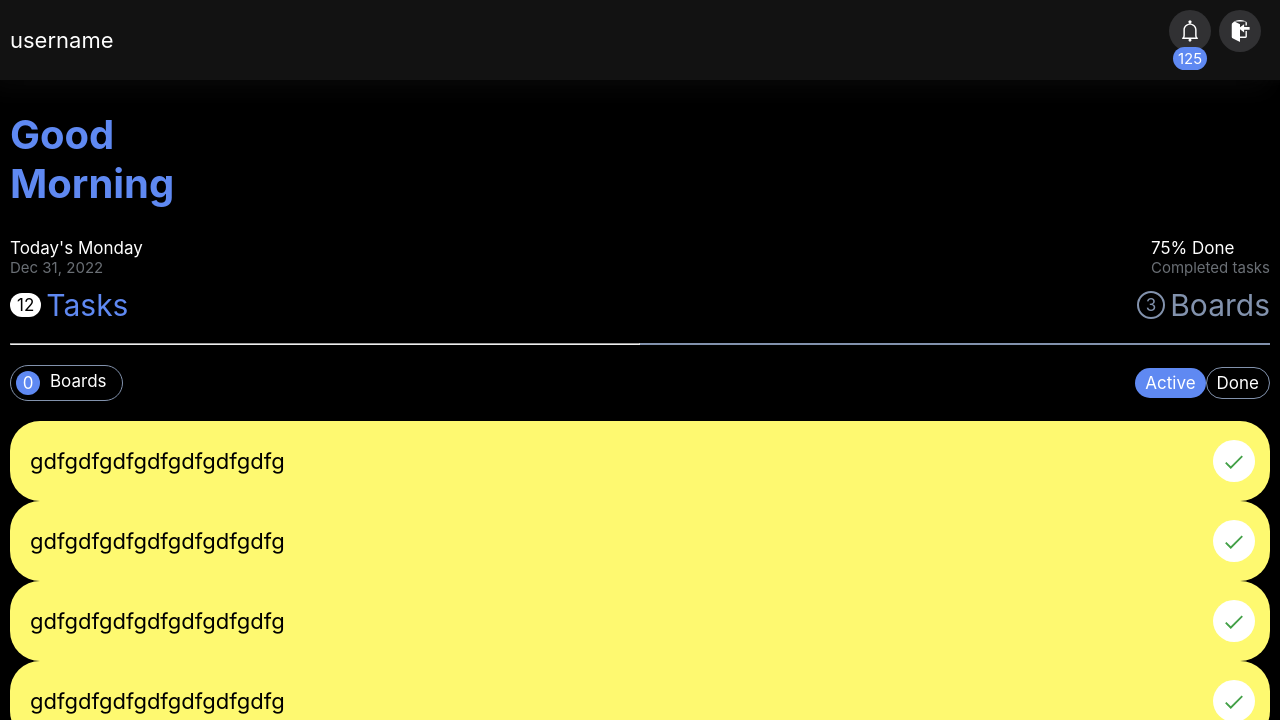
Repository: ShindanoSingi/todo-app
Page: /
The author's editor kept a copy of each file at every save. The page is drawn from the files as they stood at one save, then again after the next save.
The browser window is 1280 px wide. The pictures show the whole page.
The project was rebuilt for these pictures with package versions that can differ from the ones it lists, and the page was loaded fresh each time. Also part of the build but not shown: src/pages/LandingPage.js.

Above is the page before, as saved 2023-01-01 19:14:39.

### src/index.css
* {
  font-size: 22px;
  margin: 0;
  padding: 0;
}

body {
  margin: 0;
  padding: 0;
  font-family: -apple-system, BlinkMacSystemFont, 'Segoe UI', 'Roboto', 'Oxygen',
    'Ubuntu', 'Cantarell', 'Fira Sans', 'Droid Sans', 'Helvetica Neue',
    sans-serif;
  -webkit-font-smoothing: antialiased;
  -moz-osx-font-smoothing: grayscale;
}

code {
  font-family: source-code-pro, Menlo, Monaco, Consolas, 'Courier New',
    monospace;
}

.signin-icon-signin-text-container {
  display: flex;
  align-items: center;
  flex-direction: column;
}

.bell-icon-bell-num-container {
  display: flex;
  flex-direction: column;
  align-items: center;
  margin-left: 20px;
}

.signin-text {
  display: none;
}

.bell-num,
.signin-text {
  font-size: 15px;
}

.bell-num {
  text-align: center;
  color: #fff;
  padding: 2px 5px;
  background-color: #5f89f2;
  border-radius: 50px;
  margin-top: -5px;
}

.bell-icon,
.signin-icon {
  color: white;
  padding: 10px;
  border-radius: 50px;
  background-color: #313133;
}

div.signin-icon-signin-text-container:hover p.signin-text {
  display: block;
}

.bell-icon-signin-container {
  display: grid;
  grid-template-columns: 60px 60px;
}

.username,
.signin-text {
  color: #fff;
}

.nav-bar {
  display: flex;
  align-items: center;
  justify-content: space-between;
  padding: 10px;
  background: #121212;
  box-shadow: -11px 11px 22px #070707, 11px -11px 22px #1d1d1d;
}

h1 {
  position: absolute;
  top: 10%;
  z-index: 1;
}

h2 {
  font-size: 40px;
  color: #5f89f2;
}

.salutation-container {
  margin-top: 30px;
  padding-left: 10px;
}

.day,
.percent,
.small-boards,
.done,
.active {
  font-size: 17px;
  color: #ffffff;
}

.date,
.completed {
  font-size: 15px;
  color: #6a6f75;
}

.day-to-percent-container {
  display: flex;
  justify-content: space-between;
  padding: 10px;
  margin-top: 20px;
}

.tasks-num {
  text-align: center;
  font-size: 17px;
  background: #ffff;
  padding: 2px 7px;
  border-radius: 50px;
  height: 20px;
}

.tasks {
  font-size: 30px;
  font-weight: light;
  color: #5f89f2;
}

.boards-num {
  font-size: 17px;
  color: #8292ad;
  border: 2px solid #8292ad;
  padding: 2px 7px;
  border-radius: 50px;
  height: 20px;
}

.big-boards {
  font-size: 30px;
  font-weight: light;
  color: #8292ad;
}

.tasks-num-tasks-container,
.boards-num-boards-container {
  display: flex;
  align-items: center;
  gap: 5px;
}

.line-tasks {
  width: 50%;
}

.line-boards {
  width: 50%;
  border: 1px solid #8292ad;
}

.line-tasks-ine-boards-container {
  display: flex;
  justify-content: space-between;
  /* margin-top: 10px; */
  padding: 0 10px;
}

.tasks-to-boards-container {
  display: flex;
  justify-content: space-between;
  padding: 0 10px;
}

.num-boards {
  font-size: 17px;
  text-align: center;
  color: #fff;
  background: #5f89f2;
  padding: 2px;
  border-radius: 50px;
  height: 20px;
  width: 20px;
}

.small-boards {
  color: #fff;
}

.num-boards-small-boards-container {
  display: flex;
  gap: 10px;
  border: 1px solid #8292ad;
  padding: 5px;
  border-radius: 50px;
  padding-right: 15px;
}

.active {
  text-align: center;
  background: #5f89f2;
  padding: 0px 10px;
  border-radius: 50px;
  padding: 5px 10px;
}

.done {
  display: flex;
  gap: 10px;
  border: 1px solid #8292ad;
  border-radius: 50px;
  padding: 5px 10px;
}

.active-done-container {
  display: flex;
  align-items: center;
}

.num-boards-to-small-boards-container {
  display: flex;
  justify-content: space-between;
  align-items: center;
  padding: 0 10px;
}

.task-title {
  word-wrap: break-word;
  padding: 5px;
  width: 80%;
}

.check-circle-icon {
  color: white;
  padding: 10px;
  border-radius: 50px;
  /* From https://css.glass */
  background: rgba(255, 255, 255, 1);
}

.todo-card {
  margin: 0 10px;
  padding: 15px;
  min-height: 50px;
  border-radius: 30px;
  display: flex;
  align-items: center;
  justify-content: space-between;
}

.main {
  display: flex;
  flex-direction: column;
  /* grid-template-rows: auto; */
  gap: 20px;
}

/* Credit: Cole McCombs; */
.landing-page-wrapper {
  height: 100%;
  display: flex;
  flex-direction: column;
  align-items: center;
  justify-content: center;
}

/* Credit: Cole McCombs; */
.button {
  min-width: 150px;
  min-height: 40px;
  font-family: 'Nunito', sans-serif;
  font-size: 22px;
  text-transform: uppercase;
  letter-spacing: 1.3px;
  font-weight: 700;
  color: #313133;
  background: #37b7ff;
  background: linear-gradient(
    90deg,
    rgb(59, 123, 190) 0%,
    rgb(29, 181, 228) 100%
  );
  border: none;
  border-radius: 1000px;
  box-shadow: 12px 12px 24px rgba(28, 120, 186, 0.64);
  transition: all 0.3s ease-in-out 0s;
  cursor: pointer;
  outline: none;
  position: absolute;
  top: 85%;
  padding: 10px;
}

/* Credit: Cole McCombs; */
button::before {
  content: '';
  border-radius: 1000px;
  min-width: calc(150px + 12px);
  min-height: calc(40px + 12px);
  border: 6px solid #008cff;
  box-shadow: 0 0 60px rgba(25, 150, 233, 0.64);
  position: absolute;
  top: 50%;
  left: 50%;
  transform: translate(-50%, -50%);
  opacity: 0;
  transition: all 0.3s ease-in-out 0s;
}

/* Credit: Cole McCombs; */
.button:hover,
.button:focus {
  color: #bfbfd4;
  transform: translateY(-6px);
}

/* Credit: Cole McCombs; */
button:hover::before,
button:focus::before {
  opacity: 1;
}

/* Credit: Cole McCombs; */
button::after {
  content: '';
  width: 30px;
  height: 30px;
  border-radius: 100%;
  border: 6px solid #0f8bdd;
  position: absolute;
  z-index: -1;
  top: 50%;
  left: 50%;
  transform: translate(-50%, -50%);
  animation: ring 1.5s infinite;
}

/* Credit: Cole McCombs; */
button:hover::after,
button:focus::after {
  animation: none;
  display: none;
}

/* Credit: Cole McCombs; */
@keyframes ring {
  0% {
    width: 20px;
    height: 20px;
    opacity: 1;
  }
  100% {
    width: 150px;
    height: 150px;
    opacity: 0;
  }
}

.landing-page-image {
  position: fixed;
  width: 100%;
  height: 100%;
}

.landing-page-image {
  -webkit-animation: anim 8s infinite linear;
  animation: anim 8s infinite linear;
}

@-webkit-keyframes anim {
  from {
    -webkit-transform: rotateY(0deg);
  }
  to {
    -webkit-transform: rotateY(90deg);
  }
}

@keyframes anim {
  from {
    transform: rotateY(90deg);
  }
  to {
    transform: rotateY(0deg);
  }
}

.container {
  height: 100%;
  width: 100%;
  position: fixed;
  background-color: #000000;
}

### src/App.js
import Todos from './pages/Todos'

import LandingPage from './pages/LandingPage'

function App() {
  return (
    <div className="">
      {/* <LandingPage /> */}
      <Todos />
    </div>
  )
}

export default App

### src/pages/Todos.js
import React from 'react'
import checkbox from '../assests/check.svg'
import { RxBell } from 'react-icons/rx'
import { GoSignIn } from 'react-icons/go'
import { FcCheckmark } from 'react-icons/fc'

function Todos() {
    let color = "#FEF970"
    return (
        <div className='container'>
            <div className='todos-wrapper'>
                <nav className='nav-bar'>
                    <p className='username'>username</p>
                    <div className='bell-icon-signin-container'>
                        <div className='bell-icon-bell-num-container'>
                            <RxBell className='bell-icon' />
                            <p className='bell-num'>125</p>
                        </div>
                        <div className='signin-icon-signin-text-container'>
                            <GoSignIn className='signin-icon' />
                            <p className='signin-text'>Sign In</p>
                        </div>

                    </div>
                </nav>
                <div className='salutation-container'>
                    <h2 className='good-text'>Good</h2>
                    <h2 className='morning-text'>Morning</h2>
                </div>

                <div className='day-to-percent-container'>
                    <div className='day-date-container'>
                        <p className='day'>Today's Monday</p>
                        <p className='date'>Dec 31, 2022</p>
                    </div>
                    <div className='percent-completed-container'>
                        <p className='percent'>75% Done</p>
                        <p className='completed'>Completed tasks</p>
                    </div>
                </div>
                <main className='main'>
                    <div className='tasks-to-boards-container'>
                        <div className='tasks-num-tasks-container'>
                            <p className='tasks-num'>12</p>
                            <p className='tasks'>Tasks</p>
                        </div>
                        <div className='boards-num-boards-container'>
                            <p className='boards-num'>3</p>
                            <p className='big-boards'>Boards</p>
                        </div>
                    </div>
                    <div className='line-tasks-ine-boards-container'>
                        <hr className='line-tasks' />
                        <hr className='line-boards' />
                    </div>

                    <div className='num-boards-to-small-boards-container'>
                        <div className='num-boards-small-boards-container'>
                            <p className='num-boards'>0</p>
                            <p className='small-boards'>Boards</p>
                        </div>
                        <div className='active-done-container'>
                            <p className='active'>Active</p>
                            <p className='done'>Done</p>
                        </div>
                    </div>
                    <div className='todos-container'>
                        <div className='todo-card' style={{ backgroundColor: color }}>
                            <p className='task-title'>gdfgdfgdfgdfgdfgdfgdfg</p>
                            < FcCheckmark className='check-circle-icon' />
                        </div>
                        <div className='todo-card' style={{ backgroundColor: color }}>
                            <p className='task-title'>gdfgdfgdfgdfgdfgdfgdfg</p>
                            < FcCheckmark className='check-circle-icon' />
                        </div>
                        <div className='todo-card' style={{ backgroundColor: color }}>
                            <p className='task-title'>gdfgdfgdfgdfgdfgdfgdfg</p>
                            < FcCheckmark className='check-circle-icon' />
                        </div>
                        <div className='todo-card' style={{ backgroundColor: color }}>
                            <p className='task-title'>gdfgdfgdfgdfgdfgdfgdfg</p>
                            < FcCheckmark className='check-circle-icon' />
                        </div>
                        <div className='todo-card' style={{ backgroundColor: color }}>
                            <p className='task-title'>gdfgdfgdfgdfgdfgdfgdfg</p>
                            < FcCheckmark className='check-circle-icon' />
                        </div>
                        <div className='todo-card' style={{ backgroundColor: color }}>
                            <p className='task-title'>gdfgdfgdfgdfgdfgdfgdfg</p>
                            < FcCheckmark className='check-circle-icon' />
                        </div>
                        <div className='todo-card' style={{ backgroundColor: color }}>
                            <p className='task-title'>gdfgdfgdfgdfgdfgdfgdfg</p>
                            < FcCheckmark className='check-circle-icon' />
                        </div>
                        <div className='todo-card' style={{ backgroundColor: color }}>
                            <p className='task-title'>gdfgdfgdfgdfgdfgdfgdfg</p>
                            < FcCheckmark className='check-circle-icon' />
                        </div>
                        <div className='todo-card' style={{ backgroundColor: color }}>
                            <p className='task-title'>gdfgdfgdfgdfgdfgdfgdfg</p>
                            < FcCheckmark className='check-circle-icon' />
                        </div>
                        <div className='todo-card' style={{ backgroundColor: color }}>
                            <p className='task-title'>gdfgdfgdfgdfgdfgdfgdfg</p>
                            < FcCheckmark className='check-circle-icon' />
                        </div>
                        <div className='todo-card' style={{ backgroundColor: color }}>
                            <p className='task-title'>gdfgdfgdfgdfgdfgdfgdfg</p>
                            < FcCheckmark className='check-circle-icon' />
                        </div>
                        <div className='todo-card' style={{ backgroundColor: color }}>
                            <p className='task-title'>gdfgdfgdfgdfgdfgdfgdfg</p>
                            < FcCheckmark className='check-circle-icon' />
                        </div>
                        <div className='todo-card' style={{ backgroundColor: color }}>
                            <p className='task-title'>gdfgdfgdfgdfgdfgdfgdfg</p>
                            < FcCheckmark className='check-circle-icon' />
                        </div>
                        <div className='todo-card' style={{ backgroundColor: color }}>
                            <p className='task-title'>gdfgdfgdfgdfgdfgdfgdfg</p>
                            < FcCheckmark className='check-circle-icon' />
                        </div>
                        <div className='todo-card' style={{ backgroundColor: color }}>
                            <p className='task-title'>gdfgdfgdfgdfgdfgdfgdfg</p>
                            < FcCheckmark className='check-circle-icon' />
                        </div>
                        <div className='todo-card' style={{ backgroundColor: color }}>
                            <p className='task-title'>gdfgdfgdfgdfgdfgdfgdfg</p>
                            < FcCheckmark className='check-circle-icon' />
                        </div>
                        <div className='todo-card' style={{ backgroundColor: color }}>
                            <p className='task-title'>gdfgdfgdfgdfgdfgdfgdfg</p>
                            < FcCheckmark className='check-circle-icon' />
                        </div>
                        <div className='todo-card' style={{ backgroundColor: color }}>
                            <p className='task-title'>gdfgdfgdfgdfgdfgdfgdfg</p>
                            < FcCheckmark className='check-circle-icon' />
                        </div>
                        <div className='todo-card' style={{ backgroundColor: color }}>
                            <p className='task-title'>gdfgdfgdfgdfgdfgdfgdfg</p>
                            < FcCheckmark className='check-circle-icon' />
                        </div>
                        <div className='todo-card' style={{ backgroundColor: color }}>
                            <p className='task-title'>gdfgdfgdfgdfgdfgdfgdfg</p>
                            < FcCheckmark className='check-circle-icon' />
                        </div>
                        <div className='todo-card' style={{ backgroundColor: color }}>
                            <p className='task-title'>gdfgdfgdfgdfgdfgdfgdfg</p>
                            < FcCheckmark className='check-circle-icon' />
                        </div>
                        <div className='todo-card' style={{ backgroundColor: color }}>
                            <p className='task-title'>gdfgdfgdfgdfgdfgdfgdfg</p>
                            < FcCheckmark className='check-circle-icon' />
                        </div>

                    </div>

                </main>
            </div>
        </div>
    )
}

export default Todos

Loaded but not shown: public/index.html (common file); src/index.js (common file); src/reportWebVitals.js (common file)

After the next save:
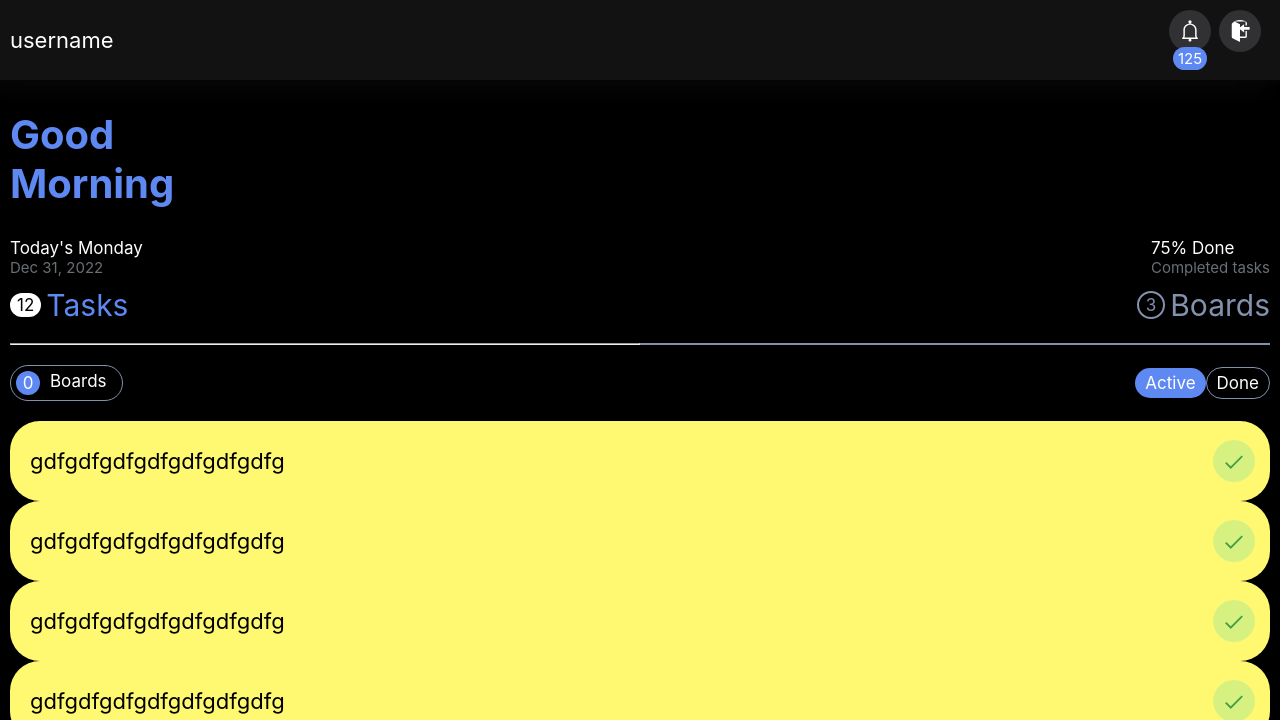
Saved 48 s later.
--- a/src/index.css
+++ b/src/index.css
@@ -240,8 +240,7 @@ h2 {
   color: white;
   padding: 10px;
   border-radius: 50px;
-  /* From https://css.glass */
-  background: rgba(255, 255, 255, 1);
+  background: rgba(74, 210, 193, 0.21);
 }
 
 .todo-card {
